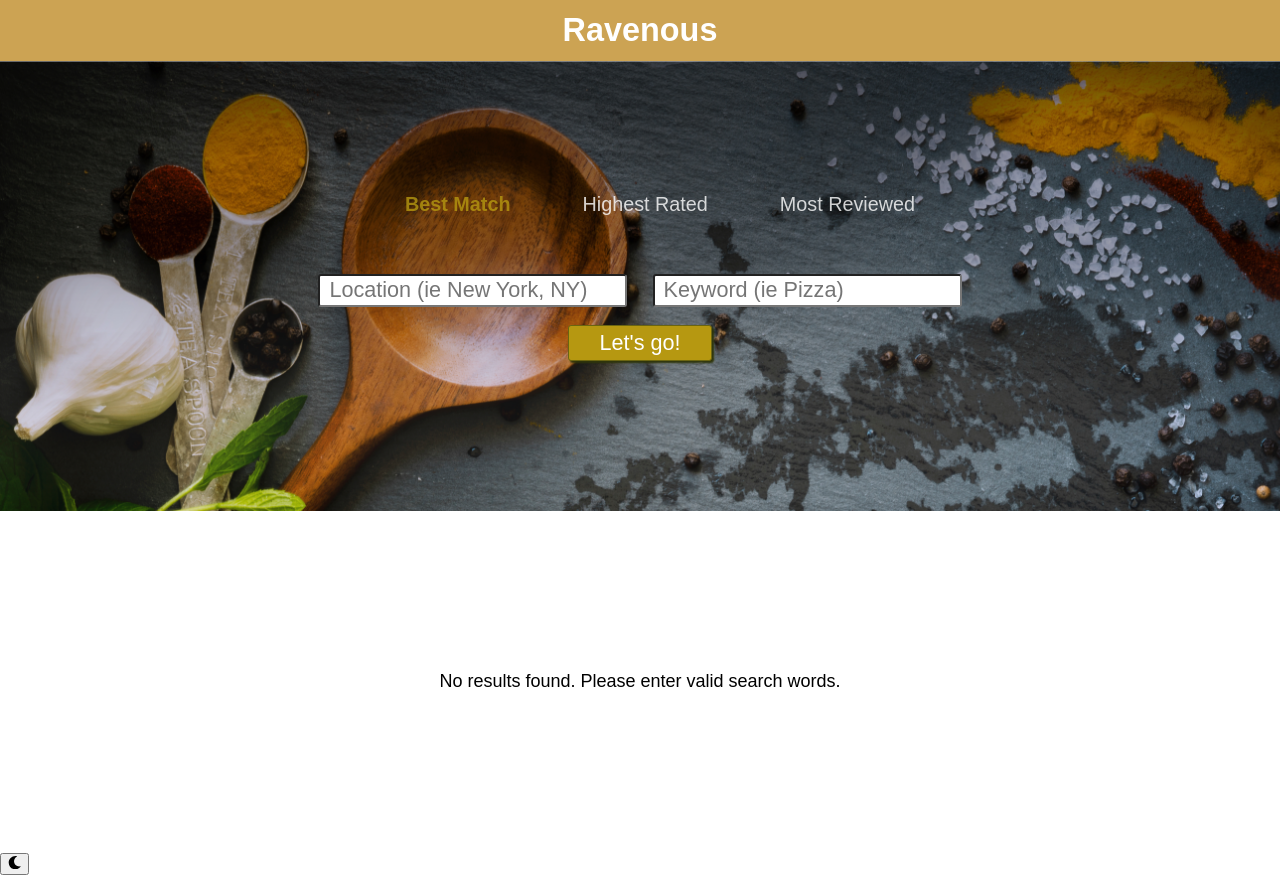
Repository: LolaSL/Ravenous
Page: /
An editor plug-in stored every save of this project. The page is shown before and after the next save, followed by the edit.
The browser window is 1280 px wide. The pictures show the whole page.
The page's requests for data from a server got no answer. The project was rebuilt for these pictures with package versions that can differ from the ones it lists, and the page was loaded fresh each time. No one was signed in, and anything a server would have sent is missing. Also part of the build but not shown: src/Business/Business.js.

Above is the page before, as saved 2024-03-24 12:51:50.

After the next save:
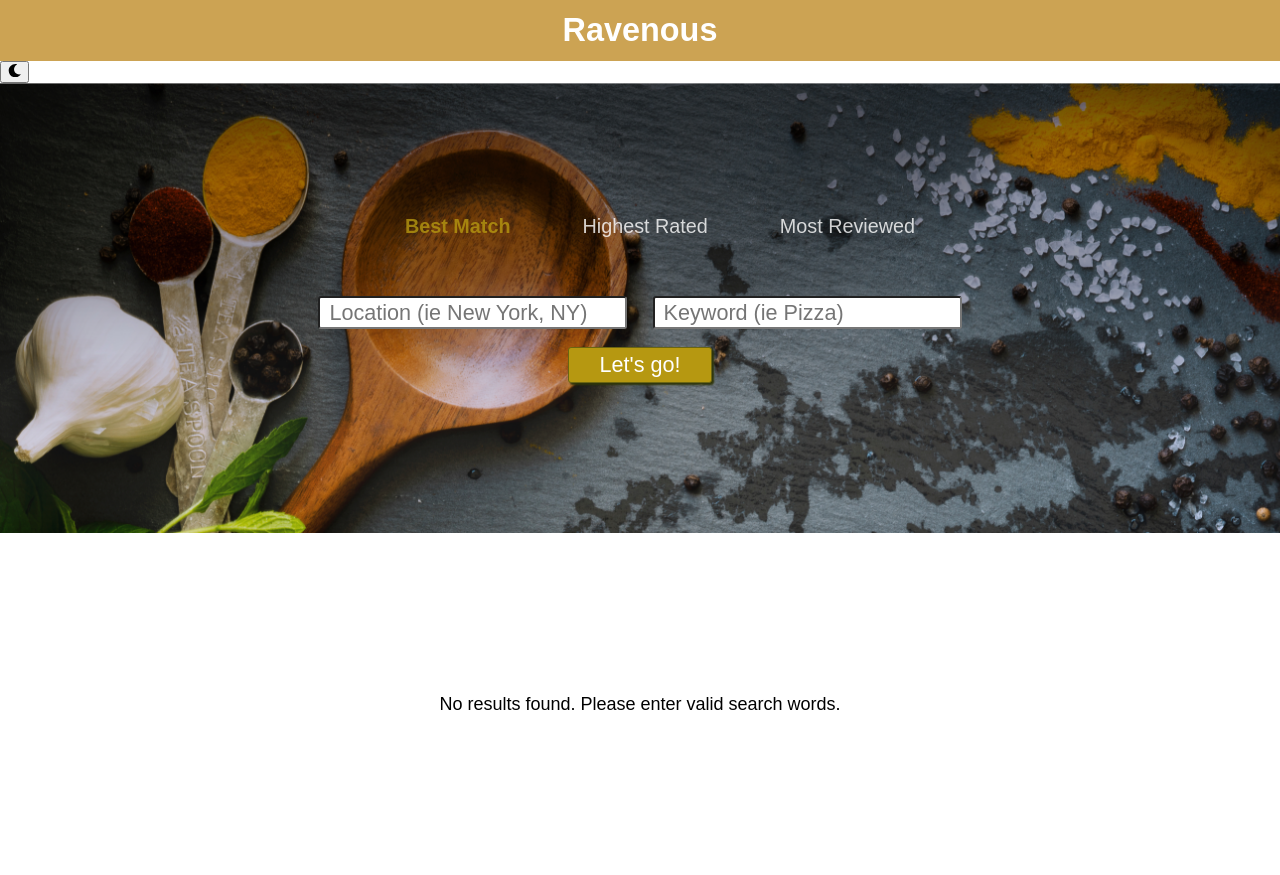
Saved 3 min 10 s later.
--- a/src/App.js
+++ b/src/App.js
@@ -21,7 +21,7 @@ function App() {
   return (
     <div className="App">
       <header>
-        <h1>Ravenous</h1>
+        <h1>Ravenous</h1><ThemeToggle />
       </header>
       <main>
         <SearchBar searchYelp={searchYelp}/>
@@ -30,7 +30,7 @@ function App() {
       <footer>
 
       </footer>
-      <ThemeToggle />
+
     </div>
   );
 };
